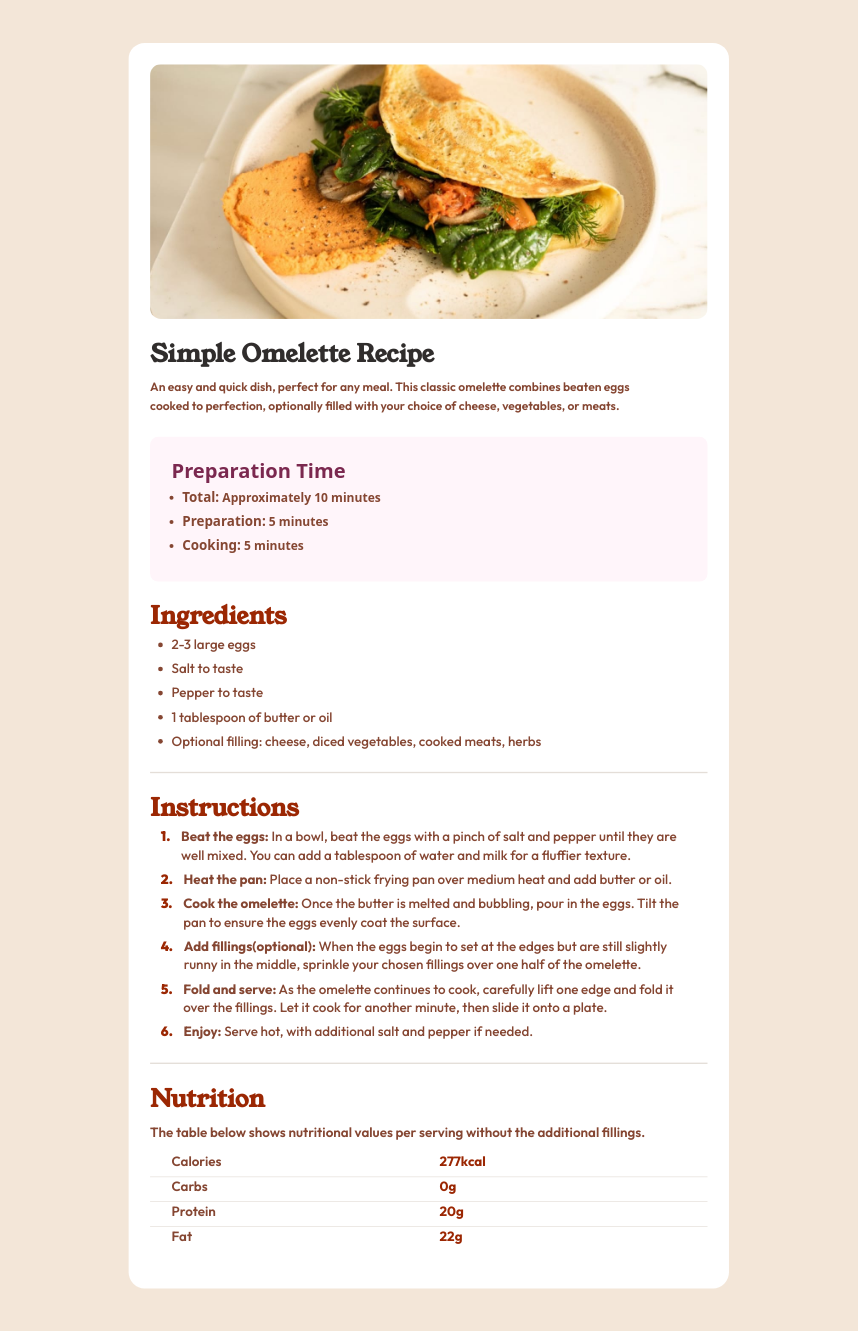
Repository: nivrii/recipe-page-main
Page: /
The author's editor kept a copy of each file at every save. The page is drawn from the files as they stood at one save, then again after the next save.
The browser window is 1280 px wide. The pictures show the whole page, at 67% of full size.
The project was rebuilt for these pictures with package versions that can differ from the ones it lists, and the page was loaded fresh each time. Also part of the build but not shown: vite.config.js, src/index.css.

Above is the page before, as saved 2024-03-27 13:00:52.

### src/App.jsx
import "./App.css";
import { Nutrition } from "./Nutrition";
import { Instructions } from "./Instructions";
import { Ingredients } from "./Ingredients";
import { Prep } from "./Prep";
import { Header } from "./Header";
import { Image } from "./Image";
import omelette from "./assets/images/image-omelette.jpeg";

function App() {
  return (
    <body className="md:bg-eggshell md:pt-16 md:pb-16 ">
      <div className="
       flex flex-col w-screen min-h-max md:m-auto md:p-8 md:w-[70vw]
       md:bg-white md:rounded-3xl lg:w-[60vw]">
        <Image omelette={omelette} />
        <Header />
        <Prep />
        <div className="divide-y-2 divide-lightGrey mx-4 md:mx-0">
          <Ingredients />
          <Instructions />
          <Nutrition />
        </div>
      </div>
    </body>
  );
}

export default App;

### src/App.css
@import url("https://fonts.googleapis.com/css2?family=Young+Serif&display=swap");

@import url("https://fonts.googleapis.com/css2?family=Outfit:wght@100..900&display=swap");

@import "tailwindcss/base";
@import "tailwindcss/components";
@import "tailwindcss/utilities";

### src/Nutrition.jsx
export function Nutrition() {
  return (
    <div className="m-4 mb-8 md:mx-0">
      <h1 className="text-left text-nutmegLight text-3xl md:text-4xl font-bold font-young mt-8 mb-4">
        Nutrition
      </h1>
      <p className="text-nutmeg font-semibold font-outfit mb-4 md:text-xl">
        The table below shows nutritional values per serving without the
        additional fillings.
      </p>
      <div className="divide-y divide-lightGrey font-outfit md:text-xl">
        <div className="flex flex-row my-2 text-left">
          <p className="basis-1/2 text-nutmeg font-semibold ml-8">Calories</p>
          <p className="basis-1/2 text-nutmegLight font-bold">277kcal</p>
        </div>
        <div className="flex flex-row my-2 text-left">
          <p className="basis-1/2 text-nutmeg font-semibold ml-8">Carbs</p>
          <p className="basis-1/2 text-nutmegLight font-bold">0g</p>
        </div>
        <div className="flex flex-row my-2 text-left">
          <p className="basis-1/2 text-nutmeg font-semibold ml-8">Protein</p>
          <p className="basis-1/2 text-nutmegLight font-bold">20g</p>
        </div>
        <div className="flex flex-row my-2 text-left">
          <p className="basis-1/2 text-nutmeg font-semibold ml-8">Fat</p>
          <p className="basis-1/2 text-nutmegLight font-bold">22g</p>
        </div>
      </div>
    </div>
  );
}

### src/Instructions.jsx
export function Instructions() {
  return (
    <div className="m-4 md:mx-0">
      <h1 className="text-left text-nutmegLight text-3xl md:text-4xl font-bold font-young mt-8">
        Instructions
      </h1>
      <ul className="font-outfit mt-2 mb-8 mx-4 text-nutmeg font-medium space-y-2 md:text-xl lg:text-2xl">
        <li className="flex flex-row space-x-4">
          <div className="text-nutmegLight font-black">1.</div>
          <div className="">
            <span className="font-bold"> Beat the eggs:</span> In a bowl, beat
            the eggs with a pinch of salt and pepper until they are well mixed.
            You can add a tablespoon of water and milk for a fluffier texture.
          </div>
        </li>
        <li className="flex flex-row space-x-4">
          <div className="text-nutmegLight font-black ">2.</div>
          <div className="">
            <span className="font-bold"> Heat the pan:</span> Place a non-stick
            frying pan over medium heat and add butter or oil.
          </div>
        </li>
        <li className="flex flex-row space-x-4">
          <div className="text-nutmegLight font-black">3.</div>
          <div className="">
            <span className="font-bold"> Cook the omelette:</span> Once the
            butter is melted and bubbling, pour in the eggs. Tilt the pan to
            ensure the eggs evenly coat the surface.
          </div>
        </li>
        <li className="flex flex-row space-x-4">
          <div className="text-nutmegLight font-black">4.</div>
          <div className="">
            <span className="font-bold"> Add fillings(optional):</span> When the
            eggs begin to set at the edges but are still slightly runny in the
            middle, sprinkle your chosen fillings over one half of the omelette.
          </div>
        </li>
        <li className="flex flex-row space-x-4">
          <div className="text-nutmegLight font-black">5.</div>
          <div className="">
            <span className="font-bold"> Fold and serve:</span> As the omelette
            continues to cook, carefully lift one edge and fold it over the
            fillings. Let it cook for another minute, then slide it onto a
            plate.
          </div>
        </li>
        <li className="flex flex-row space-x-4">
          <div className="text-nutmegLight font-black">6.</div>
          <div className="">
            <span className="font-bold"> Enjoy:</span> Serve hot, with
            additional salt and pepper if needed.
          </div>
        </li>
      </ul>
    </div>
  );
}

### src/Ingredients.jsx
export function Ingredients() {
  return (
    <div className="m-4 md:mx-0">
      <h1 className="text-left text-nutmegLight text-3xl font-bold font-young mt-8 md:text-4xl lg:text-5xl">
        Ingredients
      </h1>
      <ul className="list-disc px-4 font-outfit mt-2 mb-8 mx-4 text-nutmeg font-medium space-y-2 md:text-xl lg:text-2xl">
        <li>2-3 large eggs</li>
        <li>Salt to taste</li>
        <li>Pepper to taste</li>
        <li>1 tablespoon of butter or oil</li>
        <li>Optional filling: cheese, diced vegetables, cooked meats, herbs</li>
      </ul>
    </div>
  );
}

### src/Prep.jsx
export function Prep() {
  return <div className="bg-roseWhite p-4 mx-8 rounded-xl md:mx-0 md:p-8">
        <h1 className="text-left text-darkRaspberry text-2xl font-bold md:text-3xl">
          Preparation Time
        </h1>
        <ul className="list-disc px-4 text-nutmeg md:text-lg">
          <li className=" font-semibold my-2 ">
            <span className="font-extrabold md:text-xl lg:text:2xl">Total:</span> Approximately 10
            minutes
          </li>
          <li className=" font-semibold my-2">
            <span className="font-extrabold md:text-xl lg:text:2xl">Preparation:</span> 5 minutes
          </li>
          <li className=" font-semibold my-2">
            <span className="font-extrabold md:text-xl lg:text:2xl">Cooking:</span> 5 minutes
          </li>
        </ul>
      </div>;
}

### src/Header.jsx
export function Header() {
  return <div className="bg-white m-8 md:mx-0">
        <h1 className="text-left text-darkCharcoal text-4xl font-bold font-young lg:text-5xl">
          Simple Omelette Recipe
        </h1>
        <p className="text-left font-outfit text-nutmeg mt-4 font-semibold md:text-lg lg:text-xl max-w-screen-md">
          An easy and quick dish, perfect for any meal. This classic omelette
          combines beaten eggs cooked to perfection, optionally filled with your
          choice of cheese, vegetables, or meats.
        </p>
      </div>;
}

### src/Image.jsx
/* eslint-disable react/prop-types */
export function Image({
  omelette
}) {
  return <div className=" md:w-auto">
        <img src={omelette} alt="omelette" className="w-screen md:w-auto md:rounded-2xl" />
      </div>;
}

### tailwind.config.js
/** @type {import('tailwindcss').Config} */
export default {
  content: ["./index.html", "./src/**/*.{js,ts,jsx,tsx}"],
  theme: {
    screens: {
      'sm': '375px',
      'md': '768px',
      'lg': '1440px',
      'xl': '1920px',
    },
    extend: {
      fontFamily: {
        outfit: ["Outfit", "sans-serif"],
        young: ["Young Serif", "serif"],
      },
      colors: {
        roseWhite: "hsl(330, 100%, 98%)",
        white: "hsl(0, 0%, 100%)",
        eggshell: "hsl(30, 54%, 90%)",
        lightGrey: "hsl(30, 18%, 87%)",
        wengeBrown: "hsl(30, 10%, 34%)",
        darkCharcoal: "hsl(24, 5%, 18%)",
        nutmeg: "hsl(14, 45%, 36%)",
        nutmegLight: "hsl(14, 96%, 31%)",
        darkRaspberry: "hsl(332, 51%, 32%)",
      },
    },
  },
  plugins: [],
};

Loaded but not shown: index.html (common file); src/main.jsx (common file)

After the next save:
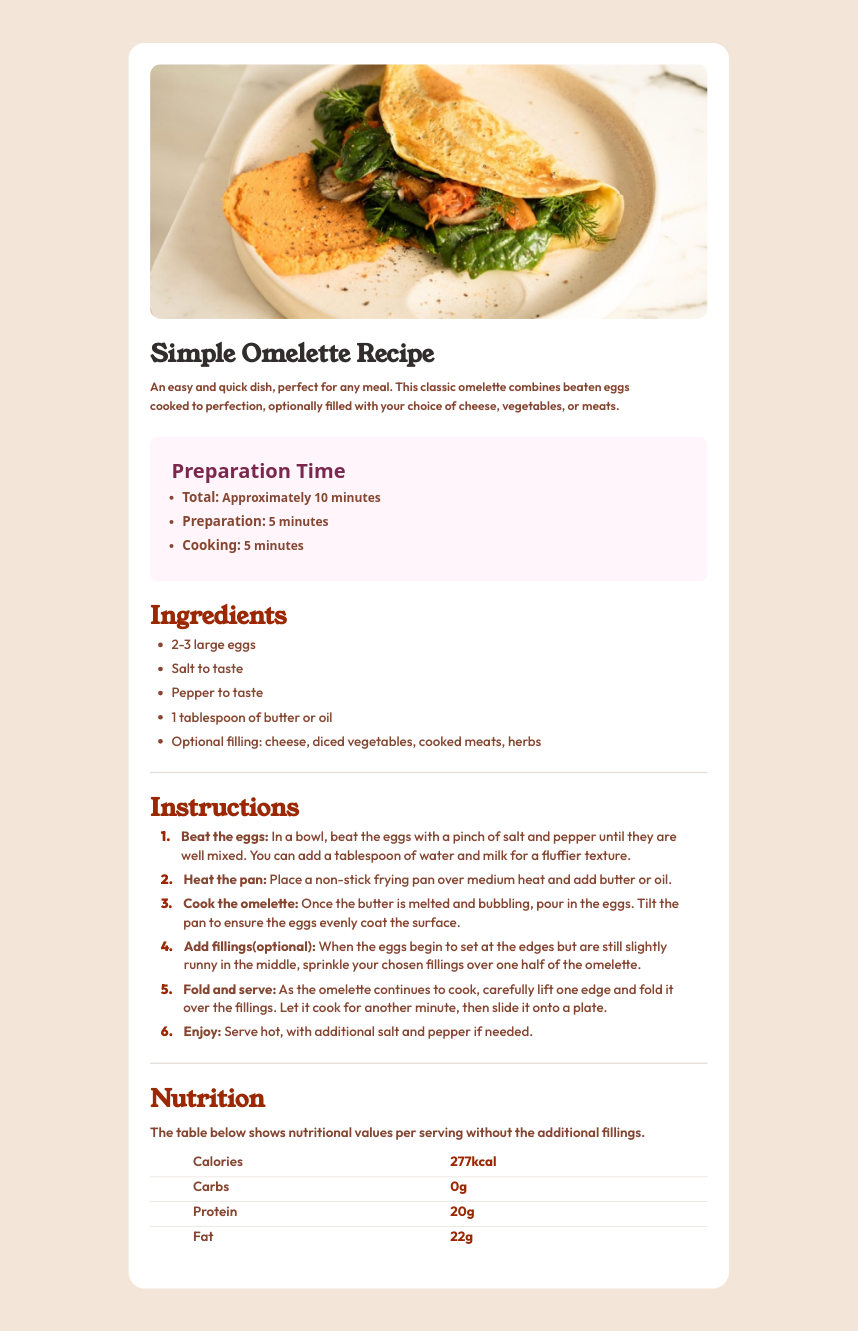
Saved 47 s later.
--- a/src/Nutrition.jsx
+++ b/src/Nutrition.jsx
@@ -10,19 +10,19 @@ export function Nutrition() {
       </p>
       <div className="divide-y divide-lightGrey font-outfit md:text-xl">
         <div className="flex flex-row my-2 text-left">
-          <p className="basis-1/2 text-nutmeg font-semibold ml-8">Calories</p>
+          <p className="basis-1/2 text-nutmeg font-semibold ml-8 md:ml-16">Calories</p>
           <p className="basis-1/2 text-nutmegLight font-bold">277kcal</p>
         </div>
         <div className="flex flex-row my-2 text-left">
-          <p className="basis-1/2 text-nutmeg font-semibold ml-8">Carbs</p>
+          <p className="basis-1/2 text-nutmeg font-semibold ml-8 md:ml-16">Carbs</p>
           <p className="basis-1/2 text-nutmegLight font-bold">0g</p>
         </div>
         <div className="flex flex-row my-2 text-left">
-          <p className="basis-1/2 text-nutmeg font-semibold ml-8">Protein</p>
+          <p className="basis-1/2 text-nutmeg font-semibold ml-8 md:ml-16">Protein</p>
           <p className="basis-1/2 text-nutmegLight font-bold">20g</p>
         </div>
         <div className="flex flex-row my-2 text-left">
-          <p className="basis-1/2 text-nutmeg font-semibold ml-8">Fat</p>
+          <p className="basis-1/2 text-nutmeg font-semibold ml-8 md:ml-16">Fat</p>
           <p className="basis-1/2 text-nutmegLight font-bold">22g</p>
         </div>
       </div>
